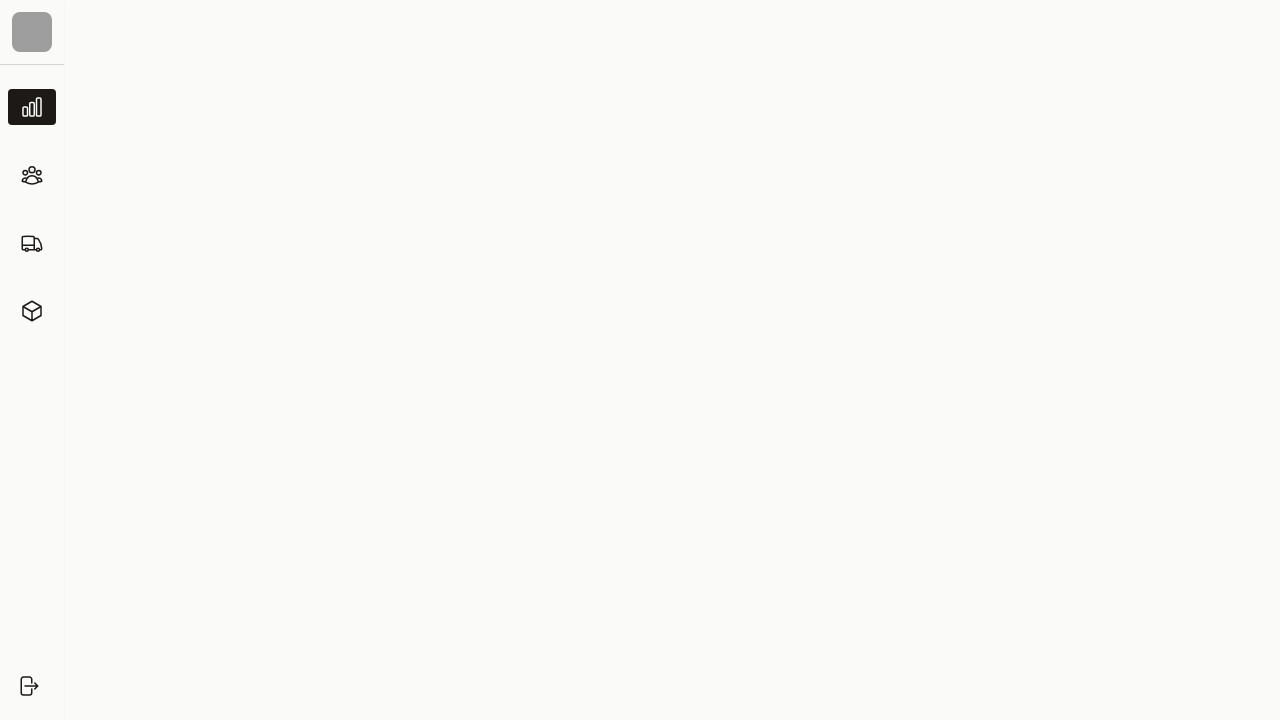
Repository: XavierOtavio/Cuzinhas
Page: /dashboard
An editor plug-in stored every save of this project. The page is shown before and after a run of saves, followed by the edit.
The browser window is 1280 px wide. The pictures show the whole page.
Pictures or frames that could not be fetched are drawn as grey boxes. The project was rebuilt for these pictures with package versions that can differ from the ones it lists, and the page was loaded fresh each time. Also part of the build but not shown: src/components/Orders.js, src/components/Employees.js, src/components/Login.js, src/components/Register.js, src/components/Home.js, src/components/Logotipo.js, src/components/Header.js, src/components/Footer.js and 1 more.

Above is the page before, as saved 2023-03-08 18:34:17.

### src/App.js
import { Route, Routes } from "react-router-dom";
import LayoutBackend from "./components/LayoutBackend";
import Dashboard from "./components/Dashboard";
import Orders from "./components/Orders";
import Employees from "./components/Employees";
import Login from "./components/Login";
import Register from "./components/Register";
import Home from "./components/Home";
import LayoutFront from "./components/LayoutFront";

function App() {
  return (
    <div className="App">
      <Routes>
        <Route path="/dashboard" element={<LayoutBackend />}>
          <Route path="" element={<Dashboard />} />
          <Route path="orders" element={<Orders />} />
          <Route path="employees" element={<Employees />} />
        </Route>
        <Route path="" element={<LayoutFront />}>
          <Route path="/" element={<Home />} />
        </Route>
        <Route path="/login" element={<Login />} />
        <Route path="/register" element={<Register />} />
      </Routes>
    </div>
  );
}

export default App;

### src/components/LayoutBackend.js
import React from "react";
import SideBar from "./SideBar";
import { Outlet } from "react-router-dom";

export default function LayoutBackend() {
  return (
    <>
      <div className="absolute h-screen w-screen">
        <SideBar />
        <div className="relative flex h-full items-center justify-center bg-stone-50">
          <Outlet />
        </div>
      </div>
    </>
  );
}

### src/components/Dashboard.js
import React from "react";
import {
  ArrowTrendingUpIcon,
  ArrowTrendingDownIcon,
} from "@heroicons/react/24/outline";

export default function Dashboard() {
  return (
    <div className="absolute inset-0 mx-32 my-16 grid grid-cols-12 grid-rows-6">
      <div classname="">
        {/* <div className="row-start-2 row-end-3 col-start-6 col-end-9 bg-green-600">
          <button class="flex flex-col gap-4 rounded-lg border border-gray-100 bg-white p-6 w-3/12 my-3">
            <div class="inline-flex gap-2 self-end rounded bg-red-100 p-1 text-red-600">
              <ArrowTrendingDownIcon className="h-4 w-4" />

              <span class="text-xs font-medium"> 67.81% </span>
            </div>

            <div>
              <strong class="block text-left text-2xl font-medium text-gray-500">
                Despesas
              </strong>

              <p>
                <span class="text-2xl font-medium text-gray-900">
                  {" "}
                  $240.94{" "}
                </span>
              </p>
            </div>
          </button>
        </div> */}
      </div>
    </div>
  );
}

### src/components/SideBar.js
import React from "react";
import { Link, useLocation } from "react-router-dom";
import {
  ArrowRightOnRectangleIcon,
  ChartBarIcon,
  CubeIcon,
  TruckIcon,
  UserGroupIcon,
} from "@heroicons/react/24/outline";

export default function SideBar() {
  const location = useLocation();
  return (
    <div className="absolute inset-y-0 left-0 z-10 w-16 shadow-sm bg-stone-50">
      <div>
        <div className="inline-flex h-16 w-16 items-center justify-center">
          <Link
            to="/profile"
            className="group relative flex justify-center rounded"
          >
            <img
              alt="user"
              className="rounded-lg h-10 w-10"
              src="https://cdn.discordapp.com/attachments/1082425024104894666/1082799435727253584/xSVMV6xD9Cf7K56wjeEF--1--2htnr.jpg"
            />
            <span className="absolute left-full text-left whitespace-nowrap top-1/2 ml-4 -translate-y-1/2 rounded bg-stone-900 px-2 py-1.5 text-xs font-medium text-stone-50 opacity-0 group-hover:opacity-100">
              Perfil <p className="font-light">Xavier Otávio</p>
            </span>
          </Link>
        </div>
        <div className="border-t border-stone-300">
          <nav aria-label="Main" className="flex flex-col p-2">
            <div className="py-4">
              <Link
                to="/dashboard"
                className={`group relative flex  justify-center rounded  px-2 py-1.5  ${
                  location.pathname === "/dashboard"
                    ? "bg-stone-900 text-stone-50"
                    : "bg-stone-50 text-stone-900"
                }`}
              >
                <ChartBarIcon className="h-6 w-6" />
                <span className="absolute left-full top-1/2 ml-4 -translate-y-1/2 rounded bg-stone-900 px-2 py-1.5 text-xs font-medium text-stone-50 opacity-0 group-hover:opacity-100">
                  Dashboard
                </span>
              </Link>
            </div>
            <div className="py-4">
              <Link
                to="/dashboard/employees"
                className={`group relative flex  justify-center rounded  px-2 py-1.5  ${
                  location.pathname === "/dashboard/employees"
                    ? "bg-stone-900 text-stone-50"
                    : "bg-stone-50 text-stone-900"
                }`}
              >
                <UserGroupIcon className="h-6 w-6" />
                <span className="absolute left-full top-1/2 ml-4 -translate-y-1/2 rounded bg-stone-900 px-2 py-1.5 text-xs font-medium text-stone-50 opacity-0 group-hover:opacity-100">
                  Empregados
                </span>
              </Link>
            </div>
            <div className="py-4">
              <Link
                to="/dashboard/orders"
                className={`group relative flex  justify-center rounded  px-2 py-1.5  ${
                  location.pathname === "/dashboard/orders"
                    ? "bg-stone-900 text-stone-50"
                    : "bg-stone-50 text-stone-900"
                }`}
              >
                <TruckIcon className="h-6 w-6" />
                <span className="absolute left-full top-1/2 ml-4 -translate-y-1/2 rounded bg-stone-900 px-2 py-1.5 text-xs font-medium text-stone-50 opacity-0 group-hover:opacity-100">
                  Encomendas
                </span>
              </Link>
            </div>
            <div className="py-4">
              <Link
                to="/dashboard/stock"
                className={`group relative flex  justify-center rounded  px-2 py-1.5  ${
                  location.pathname === "/dashboard/stock"
                    ? "bg-stone-900 text-stone-50"
                    : "bg-stone-50 text-stone-900"
                }`}
              >
                <CubeIcon className="h-6 w-6" />
                <span className="absolute left-full top-1/2 ml-4 -translate-y-1/2 rounded bg-stone-900 px-2 py-1.5 text-xs font-medium text-stone-50 opacity-0 group-hover:opacity-100">
                  Matérias-primas
                </span>
              </Link>
            </div>
            <div className="py-4 bottom-0 absolute">
              <Link
                to="/"
                className="group relative flex  justify-center rounded bg-stone-50 px-2 py-1.5 text-stone-900"
              >
                <ArrowRightOnRectangleIcon className="h-6 w-6" />
                <span className="absolute left-full top-1/2 ml-4 -translate-y-1/2 rounded bg-stone-900 px-2 py-1.5 text-xs font-medium text-stone-50 opacity-0 group-hover:opacity-100">
                  Sair
                </span>
              </Link>
            </div>
          </nav>
        </div>
      </div>
    </div>
  );
}

Loaded but not shown: public/index.html (common file); src/index.js (common file); src/index.css (common file); src/reportWebVitals.js (common file); tailwind.config.js (common file)

After the next 2 saves:
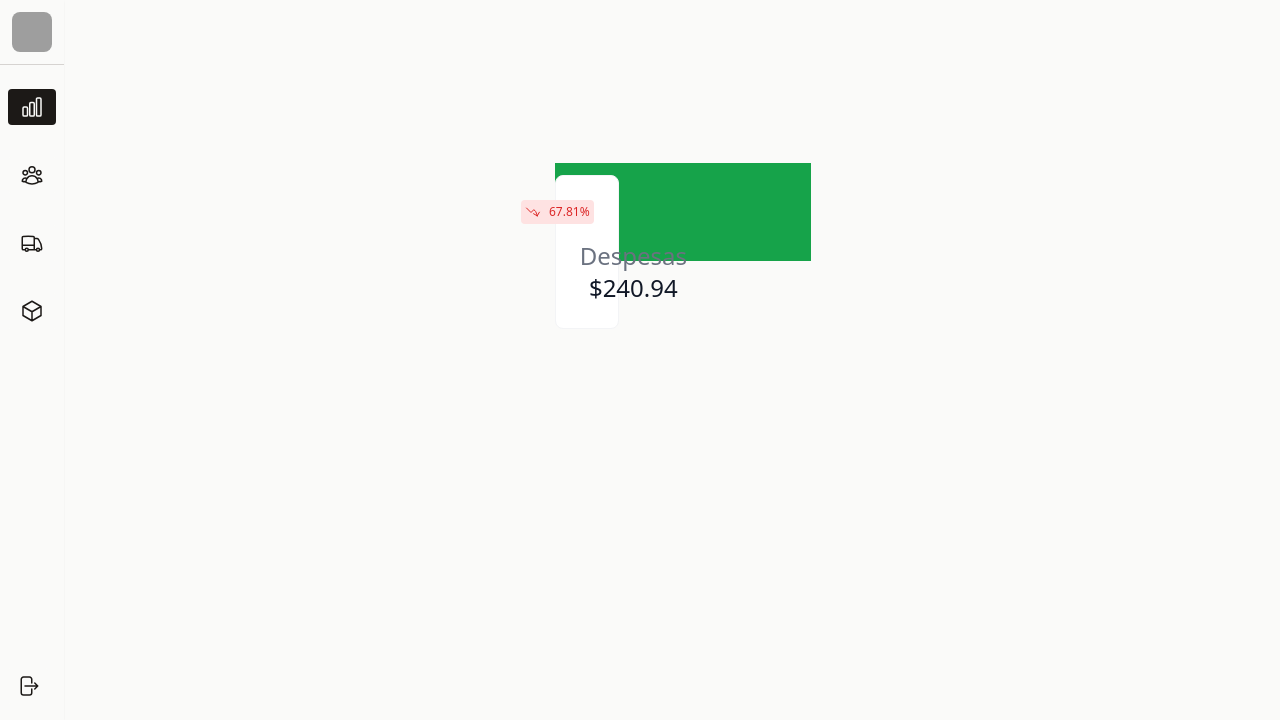
The 2 saves are shown as one change because they came seconds apart.
The last was saved 12 s later.
--- a/src/components/Dashboard.js
+++ b/src/components/Dashboard.js
@@ -7,29 +7,24 @@ import {
 export default function Dashboard() {
   return (
     <div className="absolute inset-0 mx-32 my-16 grid grid-cols-12 grid-rows-6">
-      <div classname="">
-        {/* <div className="row-start-2 row-end-3 col-start-6 col-end-9 bg-green-600">
-          <button class="flex flex-col gap-4 rounded-lg border border-gray-100 bg-white p-6 w-3/12 my-3">
-            <div class="inline-flex gap-2 self-end rounded bg-red-100 p-1 text-red-600">
-              <ArrowTrendingDownIcon className="h-4 w-4" />
+      <div className="row-start-2 row-end-3 col-start-6 col-end-9 bg-green-600">
+        <button class="flex flex-col gap-4 rounded-lg border border-gray-100 bg-white p-6 w-3/12 my-3">
+          <div class="inline-flex gap-2 self-end rounded bg-red-100 p-1 text-red-600">
+            <ArrowTrendingDownIcon className="h-4 w-4" />
 
-              <span class="text-xs font-medium"> 67.81% </span>
-            </div>
+            <span class="text-xs font-medium"> 67.81% </span>
+          </div>
 
-            <div>
-              <strong class="block text-left text-2xl font-medium text-gray-500">
-                Despesas
-              </strong>
+          <div>
+            <strong class="block text-left text-2xl font-medium text-gray-500">
+              Despesas
+            </strong>
 
-              <p>
-                <span class="text-2xl font-medium text-gray-900">
-                  {" "}
-                  $240.94{" "}
-                </span>
-              </p>
-            </div>
-          </button>
-        </div> */}
+            <p>
+              <span class="text-2xl font-medium text-gray-900"> $240.94 </span>
+            </p>
+          </div>
+        </button>
       </div>
     </div>
   );
